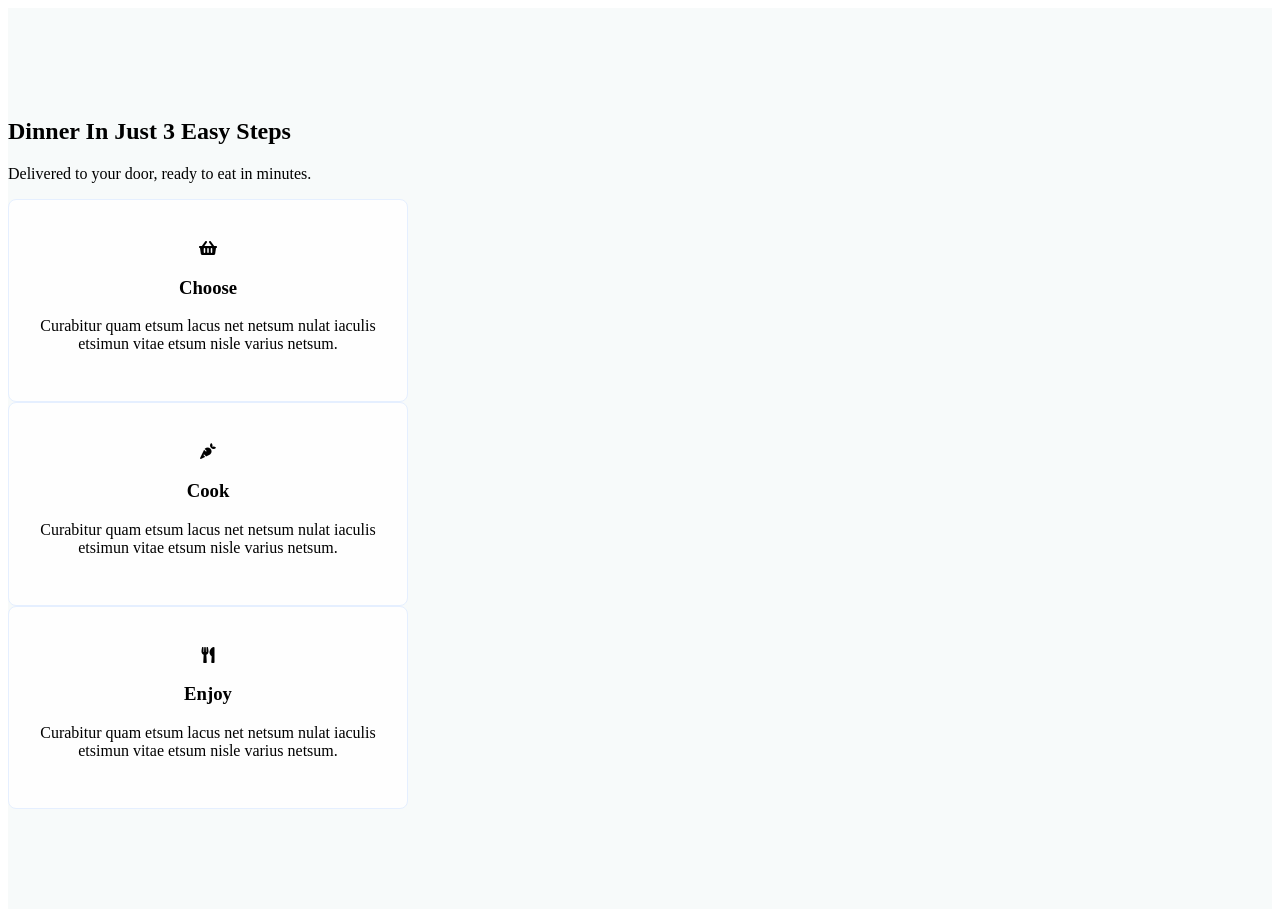
Repository: ST-United-Internship/leadpage
Page: wrapper-UI.html
An editor plug-in stored every save of this project. The page is shown before and after the next save, followed by the edit.
The browser window is 1280 px wide. The pictures show the whole page.

Above is the page before, as saved 2023-03-15 14:44:46.

### wrapper-UI.html
<!DOCTYPE html>
<html lang="en">
<head>
    <meta charset="UTF-8">
    <meta http-equiv="X-UA-Compatible" content="IE=edge">
    <meta name="viewport" content="width=device-width, initial-scale=1.0">
    <title>Document</title>
    <link rel="stylesheet" href="css/wrapper-UI.css">
    <link rel="stylesheet" href="css/common.css">
    <link rel="stylesheet" href="https://use.fontawesome.com/releases/v5.15.4/css/all.css" integrity="sha384-DyZ88mC6Up2uqS4h/KRgHuoeGwBcD4Ng9SiP4dIRy0EXTlnuz47vAwmeGwVChigm" crossorigin="anonymous"/>
</head>
<body>
    <section>
        <div class="card">
            <div class="colummm">
              <div class="title-text">
                <h2>Dinner In Just 3 Easy Steps</h2>
                <p>Delivered to your door, ready to eat in minutes.</p>
              </div>
            </div>
            <div class="card-container">
                <div class="card">
                <div class="columm">
                    <div class="card-wrapper">
                        <i class="fas fa-shopping-basket"></i>
                        <h3>Choose</h3>
                        <p>Curabitur quam etsum lacus net netsum nulat iaculis etsimun vitae etsum nisle varius netsum.</p>
                    </div>
                    <div class="card-wrapper">
                        <i class="fas fa-carrot"></i>
                        <h3>Cook</h3>
                        <p>Curabitur quam etsum lacus net netsum nulat iaculis etsimun vitae etsum nisle varius netsum.</p>
                    </div>
                    <div class="card-wrapper">
                        <i class="fas fa-utensils"></i>
                        <h3>Enjoy</h3>
                        <p>Curabitur quam etsum lacus net netsum nulat iaculis etsimun vitae etsum nisle varius netsum.</p>
                    </div>
                </div>
                </div>
                <div></div>
                <div></div>
            </div>
        </div>
    </section>
</body>
</html>

### css/wrapper-UI.css
section{
    background: #f7fafa;
    padding: 90px 0 100px 0;
}
.about{
    background-color: #f7fafa;
}

.about .title-text{
    text-align: center;
    padding: 90px;
    margin-right: -15px;
    margin-left: -15px;
}

.about .title-text h2{
    font-size: 36px;
    margin: 0px 0px 10px 0px;
}

.about .title-text p{
    font-size: 18px;
    font-family: 'Open Sans', sans-serif;
    margin: 0;
    font-weight: 400;
    color: #7c8595;
}

.about{
    background-color:#f7fafa ;
}

/* .about .card-container{
    width: 50%;
} */
.about .card-container .card-title {
    display: flex;
    position: relative;
    justify-content: space-evenly;
}

.card-wrapper{
    background-color: #FeFeFe;
    text-align: center;
    transition: transform 0.5s linear;
    padding: 40px 15px 32px 15px;
    transition: all 1s;
    border: 1px solid #e5efff;
    border-radius: 8px 8px;
}

.card-wrapper:hover{
    border: 1px solid #27b36a;
    transform: scale(1.05, 1.05);
}

.about .card-container .card-title .card-wrapper i{
    margin-bottom: 25px;
    font-size: 60px;
    color: #27b36a;
}

.about .card-container .card-title .card-wrapper p{
    font-size: 17px;
    line-height: 28px;
    font-weight: 400;
    color: #7c8595;
    font-family: 'Open Sans', sans-serif;
}

.about .card-container .card-title .card-wrapper h3{
    font-size: 22px;
    font-weight: 500;
    color: #292929;
    margin: 0px 0px 15px 0px;
    font-family: 'Roboto', sans-serif;
    line-height: 26.4px;
}

### css/common.css
.container {
  max-width: 80%;
  margin: auto;
  border: 1px solid blue;
}
.card {
  width: 400px;
}
.space-vertical {
  padding: 20px 0;
}

.space-horizontal {
  padding: 0 20px;
}

*,
**,
*::before,
*::after {
  box-sizing: border-box;
}

### css/card-UI.css
section{
    background: #f7fafa;
    /* padding: 90px 0 100px 0; */
}

.card{
    background-color: #f7fafa;
}

.card .columm{
    /* display: flex; */
    /* flex-wrap: wrap; */
    /* margin-right: -15px;
    margin-left: -15px; */
    text-align: center;
}
/* .card .columm .title-text{
    text-align: center;
} */

After the next save:
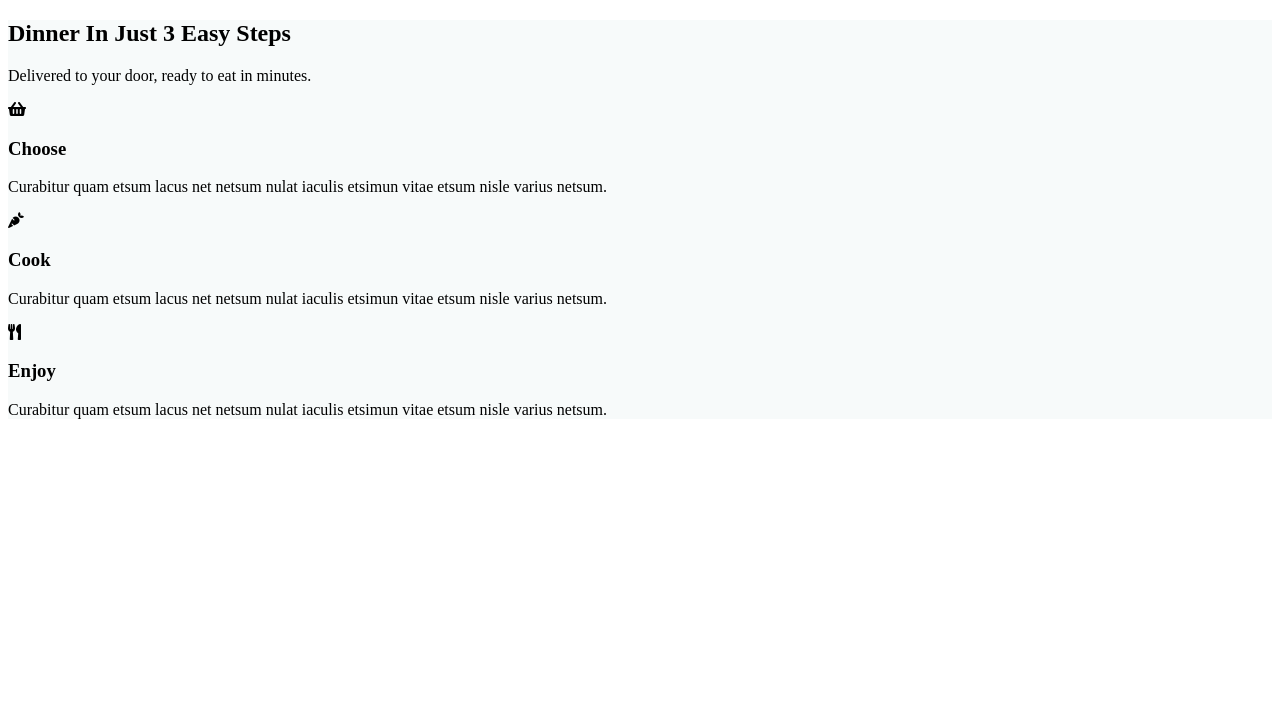
Saved 31 s later.
--- a/wrapper-UI.html
+++ b/wrapper-UI.html
@@ -5,22 +5,21 @@
     <meta http-equiv="X-UA-Compatible" content="IE=edge">
     <meta name="viewport" content="width=device-width, initial-scale=1.0">
     <title>Document</title>
-    <link rel="stylesheet" href="css/wrapper-UI.css">
+    <link rel="stylesheet" href="css/card-UI.css">
     <link rel="stylesheet" href="css/common.css">
     <link rel="stylesheet" href="https://use.fontawesome.com/releases/v5.15.4/css/all.css" integrity="sha384-DyZ88mC6Up2uqS4h/KRgHuoeGwBcD4Ng9SiP4dIRy0EXTlnuz47vAwmeGwVChigm" crossorigin="anonymous"/>
 </head>
 <body>
     <section>
-        <div class="card">
-            <div class="colummm">
-              <div class="title-text">
+        <div class="about">
+            <div class="title-text">
+              <div class="columm">
                 <h2>Dinner In Just 3 Easy Steps</h2>
                 <p>Delivered to your door, ready to eat in minutes.</p>
               </div>
             </div>
             <div class="card-container">
-                <div class="card">
-                <div class="columm">
+                <div class="card-title">
                     <div class="card-wrapper">
                         <i class="fas fa-shopping-basket"></i>
                         <h3>Choose</h3>
@@ -37,7 +36,6 @@
                         <p>Curabitur quam etsum lacus net netsum nulat iaculis etsimun vitae etsum nisle varius netsum.</p>
                     </div>
                 </div>
-                </div>
                 <div></div>
                 <div></div>
             </div>
